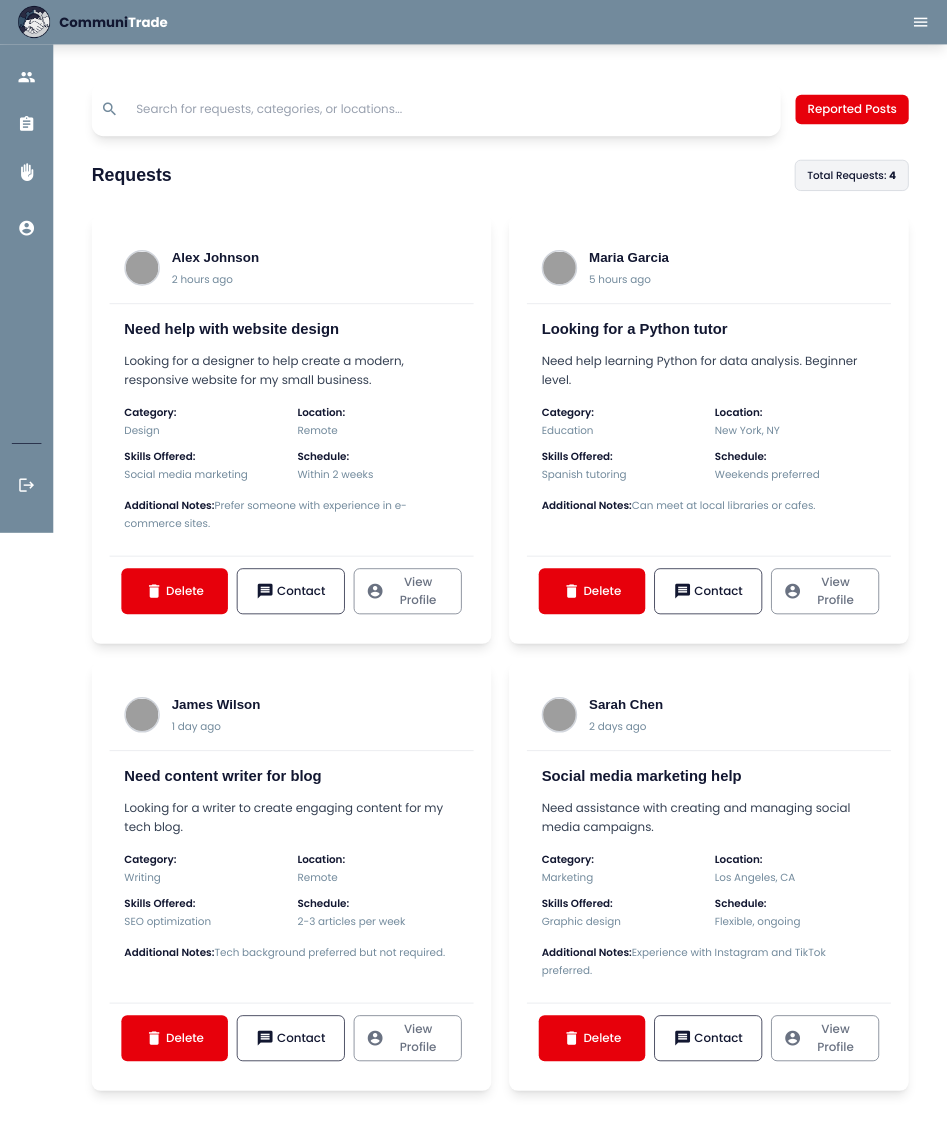
Repository: wholaanmo/communitrade_app
Page: /admin/req
The author's editor kept a copy of each file at every save. The page is drawn from the files as they stood at one save, then again after the next save.
The browser window is 1280 px wide. The pictures show the whole page, at 74% of full size.
Pictures or frames that could not be fetched are drawn as grey boxes. The project was rebuilt for these pictures with package versions that can differ from the ones it lists, and the page was loaded fresh each time. Some packages were replaced by stand-ins written for this rebuild. The framework's server and built-in components were replaced by stand-ins that run in the browser. Also part of the build but not shown: next.config.mjs, components/molecules/Modal.js, components/molecules/EmptyState.js, components/molecules/ProfileModalAdmin.js.

Above is the page before, as saved 2025-11-26 00:28:05.

### app/layout.js
import './globals.css';

export const metadata = {
  title: 'CommuniTrade - Community-Based Trading',
  description: 'Your platform for community-based trading and sharing of skills and services without using money.',
}

export default function RootLayout({ children }) {
  return (
    <html lang="en">
      <head>
        <link href="https://fonts.googleapis.com/css2?family=Poppins:wght@300;400;500;600;700&display=swap" rel="stylesheet" />
        <link href="https://cdnjs.cloudflare.com/ajax/libs/font-awesome/6.0.0/css/all.min.css" rel="stylesheet" />
        <link href="https://fonts.googleapis.com/icon?family=Material+Icons" rel="stylesheet" />

      </head>
      <body>{children}</body>
    </html>
  )
}

### app/admin/layout.js
'use client'

import { useState } from 'react'
import AdminNavbar from '@/components/admin/organisms/AdminNavbar'
import AdminSidebar from '@/components/admin/organisms/Sidebar'

export default function AdminLayout({ children }) {
  const [sidebarOpen, setSidebarOpen] = useState(false)

  const toggleSidebar = () => {
    setSidebarOpen(!sidebarOpen)
  }

  return (
    <div className="admin-layout min-h-screen">
      <AdminNavbar toggleSidebar={toggleSidebar} />
      <div className="layout-body flex min-h-[calc(100vh-60px)] mt-[60px]">
        <AdminSidebar isOpen={sidebarOpen} onToggle={setSidebarOpen} />
        <main className={`admin-content flex-1 transition-all duration-300 ease-in-out p-4 lg:p-8 ${
          sidebarOpen ? 'lg:ml-[230px]' : 'lg:ml-[calc(2.5rem+32px)]'
        }`}>
          {children}
        </main>
      </div>
    </div>
  )
}

### app/globals.css
@import "tailwindcss";


:root {
  --primary: #121731;
  --grey: #728a9c;
  --light: #ffffff;
  --dark-alt: #555555;
}

* {
  scrollbar-width: thin;
  scrollbar-color: #728a9c #f0f0f0;
}

body {
  font-family: 'Poppins', sans-serif;
  font-weight: 400;
}

h1, h2, h3, h4, h5, h6 {
  font-family: 'Montserrat', sans-serif;
  font-weight: 600;
}

### components/admin/organisms/AdminNavbar.js
import Button from '@/components/atoms/Button'
import Icon from '@/components/atoms/Icon'

export default function AdminNavbar({ toggleSidebar }) {
  return (
    <nav className="navbar fixed top-0 left-0 right-0 h-15 bg-[#728a9c] text-white z-50 shadow-lg">
      <div className="navbar-content flex items-center justify-between h-full px-4">
        <div className="navbar-left flex items-center">
          <div className="logo-container flex items-center gap-2">
            <img src="../assets/CommuniTrade.png" alt="CommuniTrade Logo" className="logo-img w-13 h-13 object-contain ml-1" />
            <p className="logo-text font-bold text-lg text-[#121731]">
              Communi<span className="logo-text1 font-bold text-lg text-white">Trade</span>
            </p>
          </div>
        </div>

        <div className="navbar-right flex items-center">
          <Button
            variant="ghost"
            size="icon"
            onClick={toggleSidebar}
            className="hamburger-btn text-white hover:text-[#121731] hover:rotate-180"
          >
            <Icon name="menu" />
          </Button>
        </div>
      </div>

      <style jsx>{`
        @media (max-width: 480px) {
          .logo-text {
            font-size: 1rem;
          }

          .logo-img {
            width: 35px;
            height: 35px;
          }
        }

        @media (max-width: 360px) {
          .logo-text {
            font-size: 0.9rem;
          }
        }
      `}</style>
    </nav>
  )
}

### components/molecules/DeleteModal.js
import Modal from './Modal'
import Button from '@/components/atoms/Button'
import Icon from '@/components/atoms/Icon'

export default function DeleteModal({
  isOpen,
  onClose,
  onConfirm,
  title = "Delete Post",
  message = "Are you sure you want to delete this post? This action cannot be undone.",
  confirmText = "Confirm Delete",
  post = null,
  profileName = '', // Add this prop to pass the user name
  className = ''
}) {
  // Get the user name from different possible sources
  const getUserName = () => {
    if (profileName) return profileName
    if (post?.userName) return post.userName
    if (post?.fullName) return post.fullName
    return 'Unknown User'
  }

  // Get the post title/description
  const getPostTitle = () => {
    if (post?.skills) return post.skills
    if (post?.request) return post.request
    return 'Unknown Post'
  }

  return (
    <Modal
      isOpen={isOpen}
      onClose={onClose}
      title={title}
      size="small"
      showCloseButton={false}
      className={className}
    >
      <div className="text-center mb-6">
        <div className="flex justify-center mb-4">
          <Icon name="warning" className="text-red-600 text-5xl" />
        </div>
        <p className="text-gray-700 mb-4 text-lg font-semibold">
          {message}
        </p>
        {post && (
          <p className="text-gray-600 text-sm">
            Post: <span className="font-medium">"{getPostTitle()}"</span> by {getUserName()}
          </p>
        )}
      </div>
      <div className="flex gap-3 justify-center">
        <Button variant="danger" onClick={onConfirm}>
          {confirmText}
        </Button>
        <Button variant="secondary" onClick={onClose}>
          Cancel
        </Button>
      </div>
    </Modal>
  )
}

### components/molecules/RemoveModal.js
import Modal from './Modal'
import Button from '@/components/atoms/Button'
import Icon from '@/components/atoms/Icon'

export default function RemoveModal({
  isOpen,
  onClose,
  onConfirm,
  title = "Remove Reported Post",
  message = "Are you sure you want to remove this reported post? This action cannot be undone. The post will be permanently removed from the platform.",
  confirmText = "Confirm Remove",
  post = null,
  className = ''
}) {
  return (
    <Modal
      isOpen={isOpen}
      onClose={onClose}
      title={title}
      size="small"
      showCloseButton={false}
      className={className}
    >
      <div className="text-center mb-6">
        <div className="flex justify-center mb-4">
          <Icon name="warning" className="text-red-600 text-5xl" />
        </div>
        <p className="text-gray-700 mb-4 text-lg font-semibold">
          {message}
        </p>
        {post && (
          <div className="text-left bg-red-50 p-4 rounded-lg border border-red-200">
            <p className="text-red-800 text-sm font-medium mb-2">Post Details:</p>
            <p className="text-red-700 text-sm"><strong>User:</strong> {post.userName}</p>
            <p className="text-red-700 text-sm"><strong>Offer:</strong> {post.skills}</p>
            <p className="text-red-700 text-sm"><strong>Reason:</strong> {post.reportReason}</p>
          </div>
        )}
      </div>
      <div className="flex gap-3 justify-center">
        <Button variant="danger" onClick={onConfirm}>
          {confirmText}
        </Button>
        <Button variant="secondary" onClick={onClose}>
          Cancel
        </Button>
      </div>
    </Modal>
  )
}

### components/molecules/KeepModal.js
import Modal from './Modal'
import Button from '@/components/atoms/Button'
import Icon from '@/components/atoms/Icon'

export default function KeepModal({
  isOpen,
  onClose,
  onConfirm,
  title = "Keep Reported Post",
  message = "Are you sure you want to keep this reported post? This post will be removed from the reported list but will remain visible on the platform.",
  confirmText = "Confirm Keep",
  post = null,
  className = ''
}) {
  return (
    <Modal
      isOpen={isOpen}
      onClose={onClose}
      title={title}
      size="small"
      showCloseButton={false}
      className={className}
    >
      <div className="text-center mb-6">
        <div className="flex justify-center mb-4">
          <Icon name="check_circle" className="text-green-600 text-5xl" />
        </div>
        <p className="text-gray-700 mb-4 text-lg font-semibold">
          {message}
        </p>
        {post && (
          <div className="text-left bg-green-50 p-4 rounded-lg border border-green-200">
            <p className="text-green-800 text-sm font-medium mb-2">Post Details:</p>
            <p className="text-green-700 text-sm"><strong>User:</strong> {post.userName}</p>
            <p className="text-green-700 text-sm"><strong>Offer:</strong> {post.skills}</p>
            <p className="text-green-700 text-sm"><strong>Report Reason:</strong> {post.reportReason}</p>
          </div>
        )}
      </div>
      <div className="flex gap-3 justify-center">
        <Button variant="primary" onClick={onConfirm}>
          {confirmText}
        </Button>
        <Button variant="secondary" onClick={onClose}>
          Cancel
        </Button>
      </div>
    </Modal>
  )
}

### components/atoms/Icon.js
export default function Icon({
  name,
  size = 'base',
  className = '',
  ...props
}) {
  const sizes = {
    sm: 'text-sm',
    base: 'text-base',
    lg: 'text-lg',
    xl: 'text-xl',
    '2xl': 'text-2xl'
  }

  const sizeClass = sizes[size] || sizes.base

  return (
    <span
      className={`material-icons ${sizeClass} ${className}`}
      {...props}
    >
      {name}
    </span>
  )
}

### components/atoms/SidebarItem.js
import Link from 'next/link'
import Icon from './Icon'

export default function SidebarItem({
  href,
  icon,
  label,
  isExpanded = false,
  isActive = false,
  onClick,
  className = ''
}) {
  const baseClasses = 'group flex items-center no-underline p-4 transition-all duration-200 ease-out rounded-lg mb-2 hover:bg-white'
  const expandedClasses = isExpanded ? 'justify-start' : 'justify-center w-full'

  const content = (
    <>
      <Icon name={icon} className="text-2xl text-white transition-all duration-200 ease-out min-w-8 text-center group-hover:text-[#728a9c]" />
      <span className={`
        text-white transition-all duration-200 ease-out group-hover:text-[#728a9c]
        ${isExpanded ? 'opacity-100 w-auto pl-4' : 'opacity-0 w-0 overflow-hidden'}
      `}>
        {label}
      </span>
    </>
  )

  if (href) {
    return (
      <Link href={href} className={`${baseClasses} ${expandedClasses} ${className}`}>
        {content}
      </Link>
    )
  }

  return (
    <button onClick={onClick} className={`${baseClasses} ${expandedClasses} bg-none border-none cursor-pointer ${className}`}>
      {content}
    </button>
  )
}

### components/organisms/AdminRequestsHeader.js
import SearchBar from '@/components/molecules/SearchBar'
import Button from '@/components/atoms/Button'
import SmallText from '@/components/atoms/SmallText'

export default function AdminRequestsHeader({
  searchQuery,
  onSearchChange,
  onSearch,
  showReportedPosts,
  onToggleReportedPosts,
  totalRequests,
  totalReported,
  className = ''
}) {
  return (
    <div className={className}>
      {/* Search Bar and Reported Posts Button */}
      <div className="flex items-center gap-5 mb-8">
        <SearchBar
          value={searchQuery}
          onChange={onSearchChange}
          onSearch={onSearch}
          placeholder="Search for requests, categories, or locations..."
          className="flex-1"
        />
        <Button
          variant={showReportedPosts ? 'primary' : 'danger'}
          onClick={onToggleReportedPosts}
          className="whitespace-nowrap"
        >
          {showReportedPosts ? 'Request Posts' : 'Reported Posts'}
        </Button>
      </div>

      {/* Header with Count */}
      <div className="flex justify-between items-center mb-8">
        <h1 className="text-[#121731] text-2xl font-semibold">
          {showReportedPosts ? 'Reported Posts' : 'Requests'}
        </h1>
        <div className="bg-gray-100 px-4 py-2 rounded-lg border border-gray-300">
          <SmallText weight="medium" color="dark">
            {showReportedPosts ? 'Total Reported:' : 'Total Requests:'}{' '}
            <span className="font-bold">
              {showReportedPosts ? totalReported : totalRequests}
            </span>
          </SmallText>
        </div>
      </div>
    </div>
  )
}

### components/organisms/PostCardAdminRequest.js
import Card from '@/components/atoms/Card'
import Avatar from '@/components/atoms/Avatar'
import SmallText from '@/components/atoms/SmallText'
import DashboardActionButton from '@/components/molecules/DashboardActionButton'

export default function PostCardAdminRequest({
  post,
  isReported = false,
  onDelete,
  onContact,
  onViewProfile,
  onKeep,
  onRemove,
  className = ''
}) {
  const {
    userName,
    userPicture,
    timePosted,
    request,
    description,
    category,
    location,
    skillsOffered,
    schedule,
    additionalNotes,
    reportReason
  } = post

  return (
    <Card hover className={`min-h-[580px] flex flex-col ${className}`}>
      {/* Header */}
      <div className="flex items-center p-5 border-b border-gray-200">
        <Avatar src={userPicture} alt={userName} size="medium" className="mr-4" />
        <div className="flex-1">
          <h3 className="text-[#121731] text-lg font-semibold mb-1">{userName}</h3>
          <SmallText>{timePosted}</SmallText>
        </div>
      </div>

      {/* Content */}
      <div className="p-5 flex-1">
        <h2 className="text-[#121731] text-xl font-semibold mb-4">{request}</h2>
        <p className="text-gray-700 leading-relaxed mb-5">{description}</p>

        <div className="grid grid-cols-2 gap-4 mb-5">
          <div className="flex flex-col">
            <SmallText weight="semibold" color="dark" className="mb-1">Category:</SmallText>
            <SmallText>{category}</SmallText>
          </div>
          <div className="flex flex-col">
            <SmallText weight="semibold" color="dark" className="mb-1">Location:</SmallText>
            <SmallText>{location}</SmallText>
          </div>
          <div className="flex flex-col">
            <SmallText weight="semibold" color="dark" className="mb-1">Skills Offered:</SmallText>
            <SmallText>{skillsOffered}</SmallText>
          </div>
          <div className="flex flex-col">
            <SmallText weight="semibold" color="dark" className="mb-1">Schedule:</SmallText>
            <SmallText>{schedule}</SmallText>
          </div>
        </div>

        {additionalNotes && (
          <div className="mt-4">
            <SmallText weight="semibold" color="dark" className="mb-1">Additional Notes:</SmallText>
            <SmallText>{additionalNotes}</SmallText>
          </div>
        )}

        {/* Report Reason for Reported Posts */}
        {isReported && reportReason && (
          <div className="mt-5 p-4 bg-yellow-100 border border-yellow-400 rounded-lg">
            <SmallText weight="bold" color="dark" className="text-yellow-800 mb-1">
              Reason for Report:
            </SmallText>
            <SmallText color="dark" className="text-yellow-800">
              {reportReason}
            </SmallText>
          </div>
        )}
      </div>

      {/* Action Buttons */}
      <div className="flex gap-3 p-4 border-t border-gray-200 mt-auto">
        {isReported ? (
          <>
            <DashboardActionButton type="keep" onClick={() => onKeep?.(post)}>
              Keep
            </DashboardActionButton>
            <DashboardActionButton type="remove" onClick={() => onRemove?.(post)}>
              Remove
            </DashboardActionButton>
            <DashboardActionButton type="profile" onClick={() => onViewProfile?.(post)}>
              View Profile
            </DashboardActionButton>
          </>
        ) : (
          <>
            <DashboardActionButton type="delete" onClick={() => onDelete?.(post)}>
              Delete
            </DashboardActionButton>
            <DashboardActionButton type="contact" onClick={() => onContact?.(post)}>
              Contact
            </DashboardActionButton>
            <DashboardActionButton type="profile" onClick={() => onViewProfile?.(post)}>
              View Profile
            </DashboardActionButton>
          </>
        )}
      </div>
    </Card>
  )
}

### components/atoms/Avatar.js
export default function Avatar({
    src,
    alt,
    size = 'medium',
    className = '',
    onError,
    ...props
  }) {
    const sizes = {
      small: 'w-8 h-8',
      medium: 'w-12 h-12',
      large: 'w-16 h-16',
      xlarge: 'w-20 h-20'
    }

    const sizeClass = sizes[size] || sizes.medium

    const handleError = (e) => {
      if (onError) {
        onError(e)
      } else {
        // Default fallback avatar
        e.target.src = 'data:[embedded picture, 506 characters]'
      }
    }

    return (
      <img
        src={src}
        alt={alt}
        className={`rounded-full object-cover border-2 border-gray-300 ${sizeClass} ${className}`}
        onError={handleError}
        {...props}
      />
    )
  }

### components/atoms/SmallText.js
export default function SmallText({
  children,
  color = 'gray',
  weight = 'normal',
  className = '',
  ...props
}) {
  const colors = {
    gray: 'text-[#728a9c]',
    dark: 'text-[#121731]',
    white: 'text-white',
    danger: 'text-[#e74c3c]',
    success: 'text-green-600'
  }

  const weights = {
    normal: 'font-normal',
    medium: 'font-medium',
    semibold: 'font-semibold',
    bold: 'font-bold'
  }

  const colorClass = colors[color] || colors.gray
  const weightClass = weights[weight] || weights.normal

  return (
    <span
      className={`text-xs sm:text-sm ${colorClass} ${weightClass} ${className}`}
      {...props}
    >
      {children}
    </span>
  )
}

### components/atoms/Card.js
export default function Card({
    children,
    padding = 'medium',
    className = '',
    hover = false,
    ...props
  }) {
    const paddings = {
      none: 'p-0',
      small: 'p-4',
      medium: 'p-6',
      large: 'p-8'
    }

    const paddingClass = paddings[padding] || paddings.medium
    const hoverClass = hover ? 'transition-all duration-300 hover:-translate-y-1 hover:shadow-xl' : ''

    return (
      <div
        className={`bg-white rounded-xl shadow-lg ${paddingClass} ${hoverClass} ${className}`}
        {...props}
      >
        {children}
      </div>
    )
  }

### components/molecules/SearchBar.js
'use client'

import { useState } from 'react'
import Input from '@/components/atoms/Input'
import Icon from '@/components/atoms/Icon'
import Button from '@/components/atoms/Button'

export default function SearchBar({
  placeholder = "Search for skills, categories, or locations...",
  onSearch,
  showSearchButton = false,
  className = ''
}) {
  const [query, setQuery] = useState('')

  const handleSubmit = (e) => {
    e.preventDefault()
    onSearch?.(query)
  }

  const handleClear = () => {
    setQuery('')
    onSearch?.('')
  }

  return (
<form onSubmit={handleSubmit} className={className}>
  <div className="flex items-center bg-white rounded-2xl p-3 shadow-lg transition-all duration-300 hover:shadow-xl w-full">
    <Icon name="search" className="text-[#728a9c] mr-3 text-lg" />

    <Input
      type="text"
      value={query}
      onChange={(e) => setQuery(e.target.value)}
      placeholder={placeholder}
      className="flex-1 border-0 p-0 shadow-none focus:ring-0 text-[#121731] placeholder-gray-400 text-base bg-transparent"
    />

    {query && (
      <button
        type="button"
        onClick={handleClear}
        className="p-1 text-gray-400 hover:text-gray-600 transition-colors"
      >
        <Icon name="close" size="sm" />
      </button>
    )}

    {showSearchButton && (
      <Button
        type="submit"
        variant="primary"
        size="small"
        className="ml-2"
      >
        Search
      </Button>
    )}
  </div>
</form>

  )
}

### components/molecules/DashboardActionButton.js
import Button from '@/components/atoms/Button'
import Icon from '@/components/atoms/Icon'

export default function DashboardActionButton({
  type = 'report',
  onClick,
  children,
  className = '',
  ...props
}) {
  const buttonConfig = {
    report: {
      variant: 'report',
      icon: 'flag'
    },
    contact: {
      variant: 'contact',
      icon: 'message'
    },
    profile: {
      variant: 'profile',
      icon: 'account_circle'
    },
    delete: {
      variant: 'danger',
      icon: 'delete'
    },
    keep: {
      variant: 'primary',
      icon: 'check_circle'
    },
    remove: {
      variant: 'danger',
      icon: 'delete_forever'
    }
  }

  const config = buttonConfig[type] || buttonConfig.report

  return (
    <Button
      variant={config.variant}
      size="dashboard-action"
      onClick={onClick}
      className={className}
      {...props}
    >
      <Icon name={config.icon} className="mr-1 text-sm" />
      {children}
    </Button>
  )
}

### components/atoms/Input.js
export default function Input({
  type = "text",
  placeholder = "",
  value,
  onChange,
  disabled = false,
  required = false,
  className = "",
  ...props
}) {
  // Styles for normal inputs
  const baseClasses =
    "w-full p-3 border border-gray-300 rounded-lg text-sm sm:text-base transition-colors duration-300 focus:border-[#121731] focus:outline-none bg-white";

  const disabledClasses = disabled
    ? "bg-gray-100 cursor-not-allowed opacity-60"
    : "";

  // Special styles for radio or checkbox
  const isChoice = type === "radio" || type === "checkbox";

  const choiceClasses = "w-4 h-4 cursor-pointer";

  return (
    <input
      type={type}
      placeholder={placeholder}
      value={value}
      onChange={onChange}
      disabled={disabled}
      required={required}
      className={
        isChoice
          ? `${choiceClasses} ${className}` // radio/checkbox
          : `${baseClasses} ${disabledClasses} ${className}` // normal inputs
      }
      {...props}
    />
  );
}

Loaded but not shown: app/admin/req/page.js (456 lines, source omitted); components/admin/organisms/Sidebar.js (106 lines, source omitted); components/atoms/Button.js (52 lines, source omitted); components/templates/AdminRequestsTemplate.js (63 lines, source omitted)

After the next save:
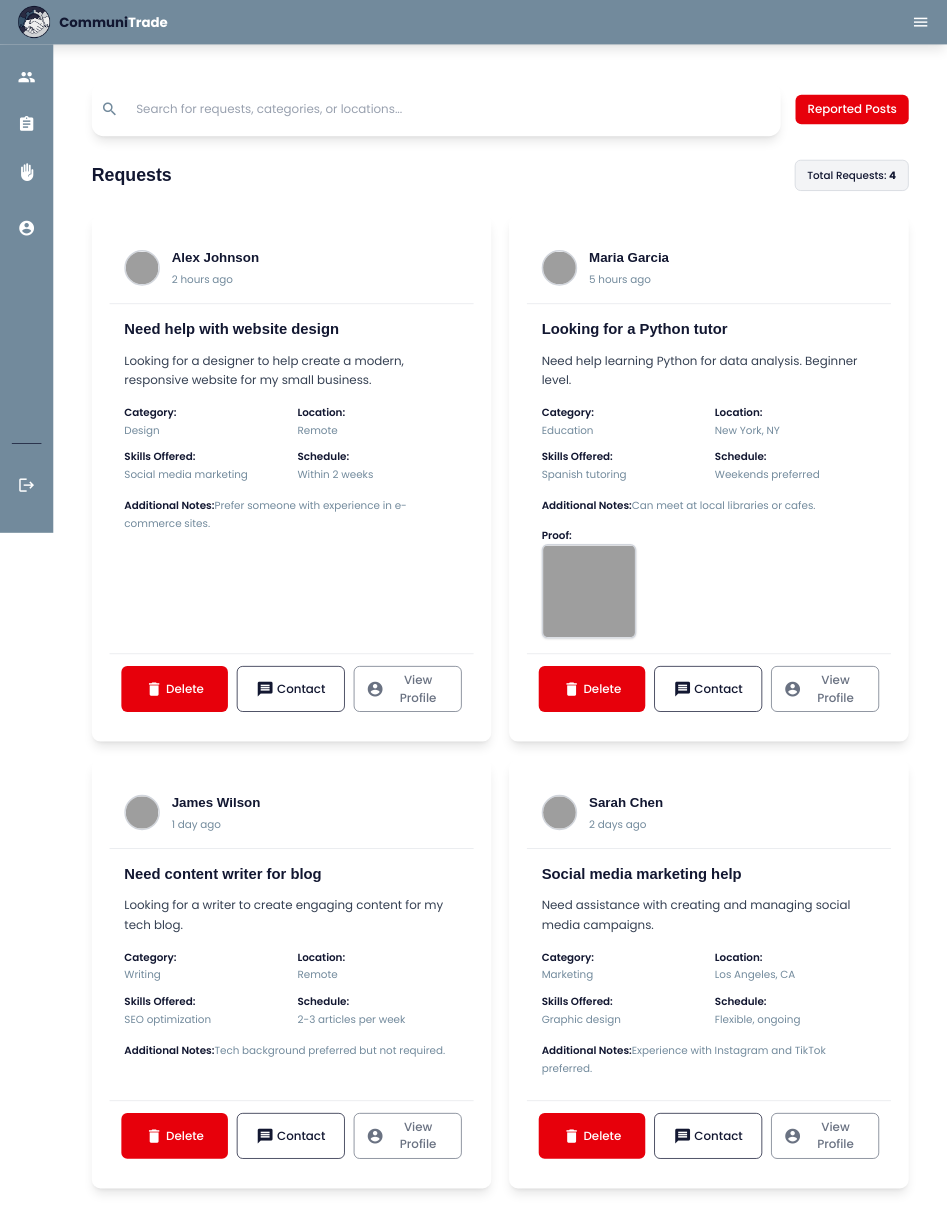
Saved 6 min 29 s later.
--- a/components/organisms/PostCardAdminRequest.js
+++ b/components/organisms/PostCardAdminRequest.js
@@ -24,8 +24,21 @@ export default function PostCardAdminRequest({
     skillsOffered,
     schedule,
     additionalNotes,
-    reportReason
+    reportReason,
+    proof
   } = post
+
+  // Function to handle image errors
+  const handleImageError = (e) => {
+    console.log('Image failed to load:', e.target.src)
+    e.target.style.display = 'none'
+  }
+
+  // Function to check if image URL is valid
+  const isValidImageUrl = (url) => {
+    if (!url) return false
+    return url.startsWith('data:') || url.startsWith('http') || url.startsWith('/')
+  }
 
   return (
     <Card hover className={`min-h-[580px] flex flex-col ${className}`}>
@@ -66,6 +79,22 @@ export default function PostCardAdminRequest({
           <div className="mt-4">
             <SmallText weight="semibold" color="dark" className="mb-1">Additional Notes:</SmallText>
             <SmallText>{additionalNotes}</SmallText>
+          </div>
+        )}
+
+        {/* Proof Images */}
+        {proof && isValidImageUrl(proof) && (
+          <div className="mt-4">
+            <SmallText weight="semibold" color="dark" className="mb-2">Proof:</SmallText>
+            <div className="flex flex-wrap gap-3">
+              <img
+                src={proof}
+                alt="Proof"
+                className="w-32 h-32 object-cover rounded-lg border-2 border-gray-300 shadow-sm hover:shadow-md transition-shadow duration-300"
+                onError={handleImageError}
+                onLoad={(e) => console.log('Proof image loaded successfully:', proof)}
+              />
+            </div>
           </div>
         )}
 
